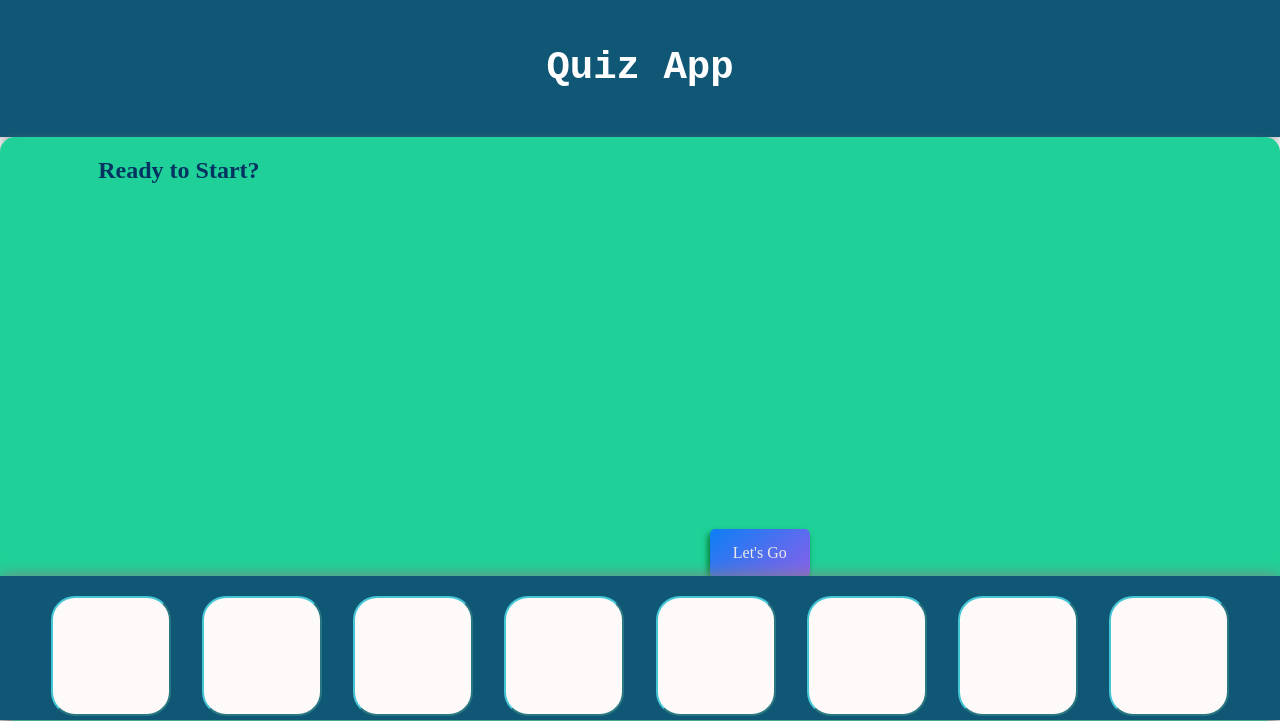
Repository: tpic12/quiz_app
Page: index.html
These files come from the project's save history. The page is drawn as it stood at one moment and after the next save; the edit follows.
The browser window is 1280 px wide. The pictures show the whole page.

Above is the page before, as saved 2019-12-28 14:56:04.

### index.html
<!DOCTYPE html>
<html lang="en">

<head>
  <meta charset="UTF-8">
  <meta name="viewport" content="width=device-width, initial-scale=1.0">
  <meta http-equiv="X-UA-Compatible" content="ie=edge">
  <title>Quiz App</title>
  <link href="https://cdnjs.cloudflare.com/ajax/libs/normalize/8.0.1/normalize.min.css" rel="stylesheet"
    type="text/css" />
  <link href="app.css" rel="stylesheet" type="text/css" />
</head>

<body>
  <header>
    <section class='banner'>
      <h1>Quiz App</h1>
    </section>
  </header>
  <main class='display'>

  </main>
  <footer>
    <section class='counts'>
        <div class='count 0'></div>
        <div class='count 1'></div>
        <div class='count 2'></div>
        <div class='count 3'></div>
        <div class='count 4'></div>
        <div class='count 5'></div>
        <div class='count 6'></div>
        <div class='count 7'></div>
    </section>
  </footer>
  <script src="https://code.jquery.com/jquery-3.4.1.slim.js" crossorigin="anonymous"></script>
  <script src="app.js"></script>
</body>

</html>

### app.css
/* Your styles should be mobile-first and responsive */

/**
  * If you are unclear on how to utilize a mobile-first, responsive technique to write your CSS, here is an example:
  *
  * https://github.com/andreacardybailey/responsive_example/blob/master/styles/responsive-base.css
  *
*/
* {
  box-sizing: border-box;
  margin: 0;
}

.banner h1 {
  font-family: monospace;
  font-size: 3em;
}

.banner,
footer {
  color: white;
  font-family: monospace;
  padding: 20px;
  width: 100%;
  text-align: center;
  background-color: hsl(198, 76%, 26%);
  box-shadow: 0px 0px 15px grey;
  border-bottom: none;
  left: 0;
}

.main_card {
  display: flex;
  min-width: 20vw;
  min-height: 40vh;
  text-align: center;
  justify-content: space-evenly;
  align-content: space-around;
  background-color: hsl(161, 74%, 47%);
  border-radius: 15px;
  padding: 20px;
  border: none;
  box-shadow: -2px 6px 12px grey;
}

button {
  margin: 30%;
  margin-bottom: 10%;
  color: hsl(0, 7%, 92%);
  background: linear-gradient(140deg, hsl(210, 91%, 50%), hsl(258, 78%, 65%));
  border: none;
  max-width: 130px;
  min-width: 100px;
  border-radius: 5px;
  padding: 15px;
  box-shadow: -2px 4px 6px hsl(142, 98%, 24%);
}

.main_card > form#qForm {
  display: flex;
  flex-flow: row nowrap;
  margin-left: 15px;
}

.mid-card {
  display: flex;
  flex-flow: column wrap;
  margin: auto;
  margin-top: 100px;
  max-width: 400px;
  min-width: 200px;
  text-align: center;
  align-items: center;
  background-color: hsl(161, 74%, 47%);
  border-radius: 15px;
  padding: 20px;
  border: none;
  box-shadow: -2px 6px 12px grey;
}

.main_card > h2 {
  font-weight: bolder;
  color: hsl(210, 90%, 20%);
}

input {
  margin: 5px 20px;
}

footer {
  position: fixed;
  bottom: 0;
  left: 0;
  max-height: 20vh;
}

.counts {
  display: flex;
  justify-content: space-evenly;
}

.count {
  border: 2px outset hsl(186, 63%, 55%);
  font-family: 'Gill Sans', 'Gill Sans MT', Calibri, 'Trebuchet MS', sans-serif;
  border-radius: 20%;
  flex-direction: row;
  width: 120px;
  height: 120px;
  background-color: hsl(0, 100%, 99%);
  padding: 15px;
  -webkit-border-radius: 20%;
  -moz-border-radius: 20%;
  -ms-border-radius: 20%;
  -o-border-radius: 20%;
}

h1 {
  font-family: sans-serif;
}

.green {
  background-color: green !important;
}

.red {
  background-color: red !important;
}

#snackbar > p {
  visibility: hidden;
  min-width: 15vw;

  color: #fff;
  text-align: center;
  align-content: flex-start;
  padding: 5px;
  position: absolute;
  z-index: 1;
  left: ;
  top: -30px;
}

#snackbar.show {
  visibility: visible;
  /-webkit-animation: fadein 0.5s, fadeout 0.5s 2.5s;
  animation: fadein 0.5s, fadeout 0.5s 2.5s;
}

### app.js
/**
 * Example store structure
 */
'use strict';

const STORE = {
  // 5 or more questions are required
  questions: [
    {
      question: 'How many items in a bakers dozen??',
      answers: ['11', '12', '13', '3'],
      correctAnswer: '13'
    },
    {
      question: 'What month is Oktoberfest held?',
      answers: ['September', 'October', 'Every Month', 'August'],
      correctAnswer: 'September'
    },
    {
      question: 'What color is an Orange Blossom?',
      answers: ['Red', 'Orange', 'Pink', 'White'],
      correctAnswer: 'White'
    },
    {
      question: 'Where did the Panama Hat originate?',
      answers: ['Ecuador', 'Panama', 'China', 'Cuba'],
      correctAnswer: 'Ecuador'
    },
    {
      question: 'What are toy marbles made from?',
      answers: ['Plastic', 'Quartz', 'Diamond', 'Glass'],
      correctAnswer: 'Glass'
    },
    {
      question: 'How many gallons are in a ten-gallon hat?',
      answers: [
        'Half a Gallon',
        'Ten-Gallons',
        'Three-Fourths of a Gallon',
        'Give-Gallon'
      ],
      correctAnswer: 'Three-Fourths of a Gallon'
    },
    {
      question: 'What is the biggest animal to ever live?',
      answers: ['Mammoth', 'T-Rex', 'Blue Whale', 'Brontosaurus'],
      correctAnswer: 'Blue Whale'
    },
    {
      question: 'Where is the red-bellied woodpecker predominately red?',
      answers: ['Head', 'Wings', 'Feet', 'Belly'],
      correctAnswer: 'Head'
    }
  ],
  questionNumber: 0,
  score: 0,
  quizStart: false
};

/**
 *
 * Your app should include a render() function, that regenerates
 * the view each time the store is updated. See your course
 * material, consult your instructor, and reference the slides
 * for more details.
 *
 * NO additional HTML elements should be added to the index.html file.
 *
 * You may add attributes (classes, ids, etc) to the existing HTML elements, or link stylesheets or additional scripts if necessary
 *
 */

/**
 * This function renders the quiz after you start, ...
 * answer a question, or restart the quiz
 */
function renderStartQuiz() {
  const mainCard = `<section class="main_card">
      <h2>Ready to Start?</h2>
      <button type='submit' id='start_quiz'>Let's Go</button>
    </section>`;

  $('.display').html(mainCard);

  $('.display').on('click', '#start_quiz', function(event) {
    event.preventDefault();
    STORE.quizStart = true;
    $('.main_card')
      .children()
      .remove();
    handleQuiz();
  });
}
/**
 * renders question one at a time depending on question number
 */
function renderQuestion() {
  if (
    STORE.questionNumber === STORE.questions.length &&
    STORE.questionNumber > 1
  ) {
    renderResults();
  } else {
    const qCard = `<h2>${STORE.questions[STORE.questionNumber].question}</h2>
    <form id="qForm">
        <input type='radio' name='answer' id='q1' value="${
          STORE.questions[STORE.questionNumber].answers[0]
        }"/><label for='q1' id='0'>${
      STORE.questions[STORE.questionNumber].answers[0]
    }</label>
        <input type='radio' name='answer' id='q2' value="${
          STORE.questions[STORE.questionNumber].answers[1]
        }"/><label for='q2' id='1'>${
      STORE.questions[STORE.questionNumber].answers[1]
    }</label><br>
        <input type='radio' name='answer' id='q3' value="${
          STORE.questions[STORE.questionNumber].answers[2]
        }"/><label for='q3' id='2'>${
      STORE.questions[STORE.questionNumber].answers[2]
    }</label>
        <input type='radio' name='answer' id='q4' value="${
          STORE.questions[STORE.questionNumber].answers[3]
        }"/><label for='q4' id='3'>${
      STORE.questions[STORE.questionNumber].answers[3]
    }</label><br>
    </form>
    <button type='submit' id='submit_answer'>Final Answer</button>`;

    $('.main_card').html(qCard);
    $('input:checked').on('su');
    $('.main_card').on('click', '#submit_answer', function(event) {
      event.preventDefault();
      checkAnswer();
      //original next question spot

      $('.main_card')
        .children()
        .remove();

      handleQuiz();
    });
  }
}
/**
 * renders results page

 */

function generateResults(finalScore, numberOfQuestions) {
  return `<h2>You scored ${finalScore} out of ${numberOfQuestions}!</h2><button id='restart'>Restart Quiz</button>`;
}

/* Render results element with button that restarts the quiz*/
function renderResults() {
  let score = STORE.score;
  let num = STORE.questionNumber;

  $('.main_card').html(generateResults(score, num));
  $('#restart').click(function(event) {
    event.preventDefault();
    console.log('Restarting Quiz');

    STORE.questionNumber = 0;
    STORE.score = 0;
    $('.count')
      .removeClass('snackbar')
      .removeClass('red')
      .removeClass('green')
      .removeClass('show')
      .text('');
    renderStartQuiz();
  });
}

/**
 * this function checks the correctnes of the answer
 */
function checkAnswer() {
  let form = document.getElementById('qForm');
  let ans = form['answer'];
  for (let i = 0; i < ans.length; i++) {
    //is a button checked
    if (ans[i].checked) {
      //compare value of ans[i] to correct answer
      if (
        ans[i].value === STORE.questions[STORE.questionNumber].correctAnswer
      ) {
        scoreKeeper(true);
      } else {
        scoreKeeper(false);
      }
    }
  }
}

function generateAnswerSnackbar(questionAnswer) {
  return `<div class=.${STORE.questionNumber}>
              <p>Sorry, the correct answer is ${questionAnswer}</p>
          </div>`;
}

function scoreKeeper(bool) {
  if (bool === true) {
    console.log('plus 1 point');
    STORE.score++;
    $(`.${STORE.questionNumber}`)
      .addClass('green')
      .addClass('snackbar')
      .html(`<p>Correct!</p>`);
    $('section.main_card');
    console.log('next q!');
    STORE.questionNumber++;
  }
  if (bool === false) {
    console.log('no points for you');
    $(`.${STORE.questionNumber}`)
      .addClass('red')
      .addClass('snackbar')
      .html(
        generateAnswerSnackbar(
          STORE.questions[STORE.questionNumber].correctAnswer
        )
      );
    console.log('next q!');
    STORE.questionNumber++;
  }
}

function handleQuiz() {
  if (STORE.quizStart === false) {
    renderStartQuiz();
  } else {
    renderQuestion();
  }
}

$(handleQuiz);

After the next save:
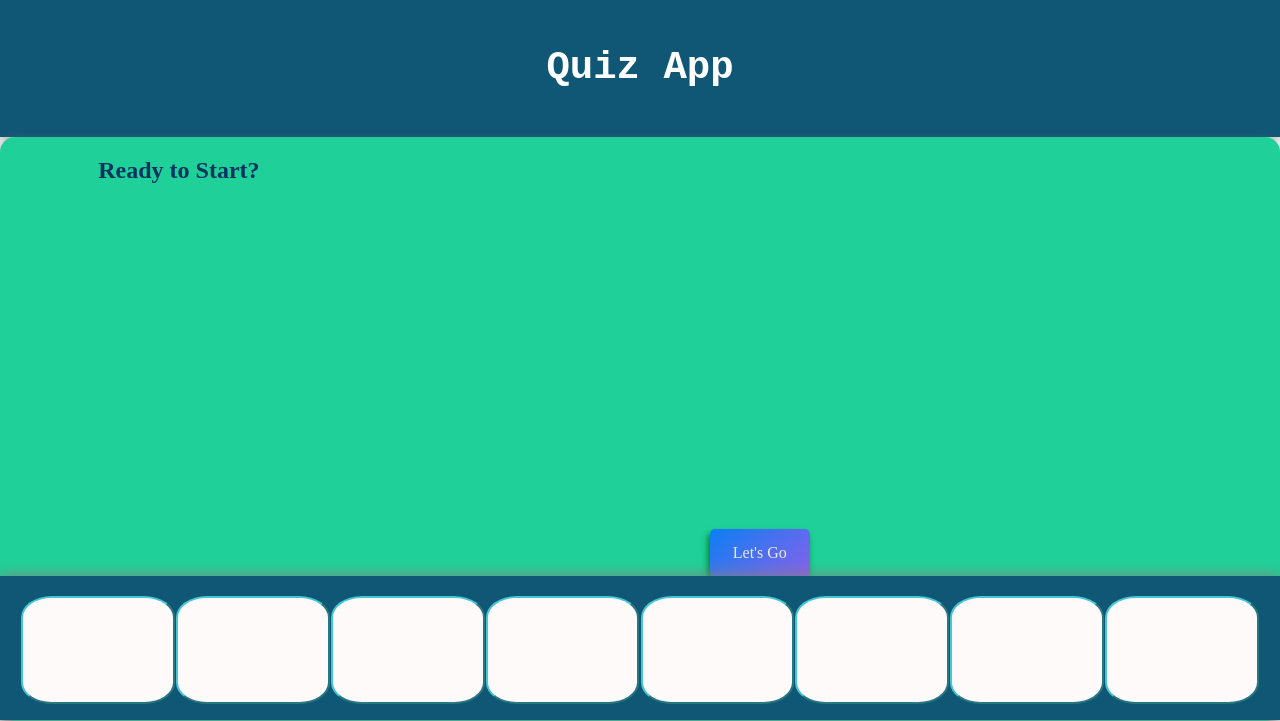
Saved 27 s later.
--- a/app.css
+++ b/app.css
@@ -104,8 +104,8 @@ footer {
   font-family: 'Gill Sans', 'Gill Sans MT', Calibri, 'Trebuchet MS', sans-serif;
   border-radius: 20%;
   flex-direction: row;
-  width: 120px;
-  height: 120px;
+  width: 12vw;
+  height: 15vh;
   background-color: hsl(0, 100%, 99%);
   padding: 15px;
   -webkit-border-radius: 20%;
